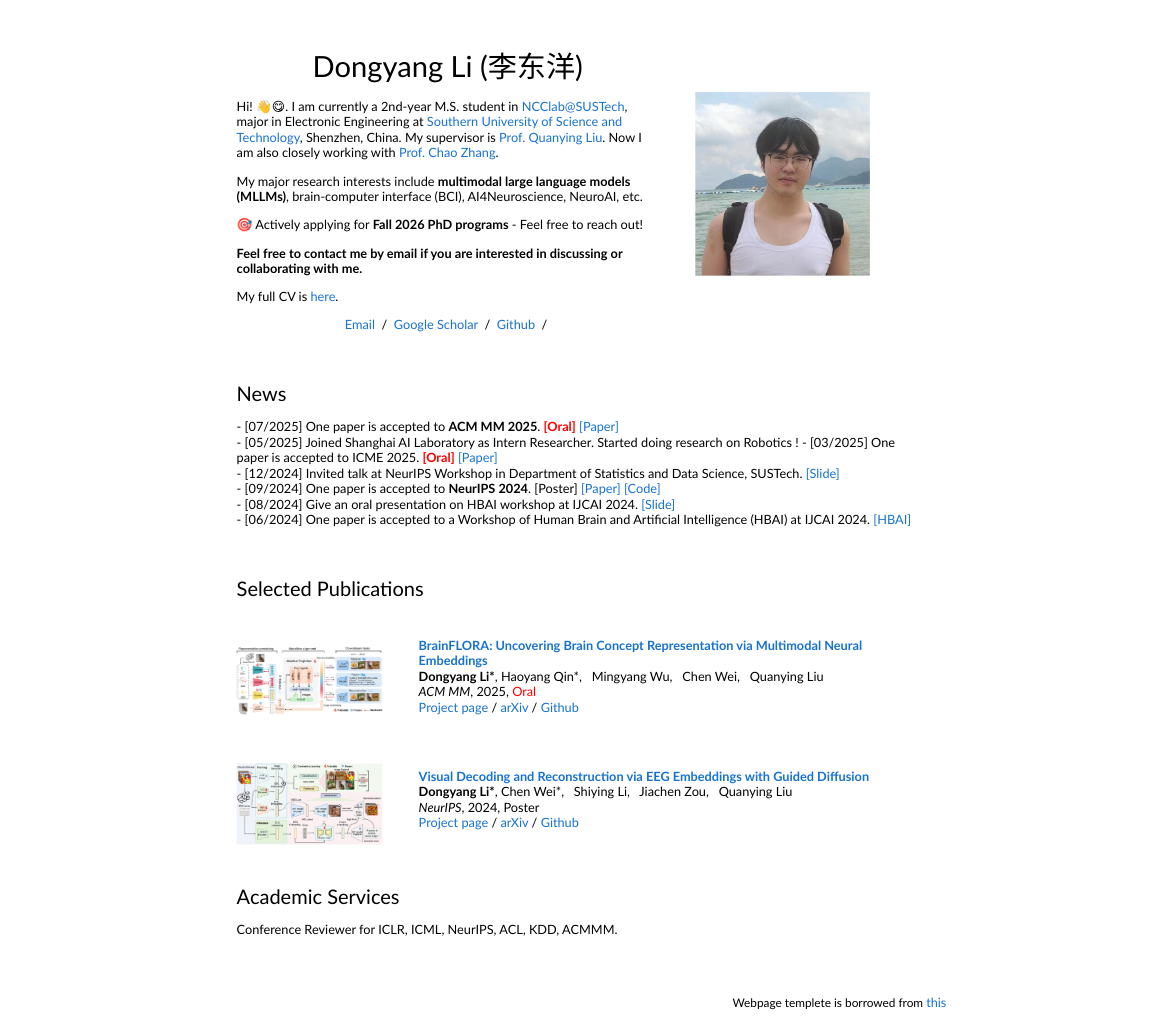
Repository: dongyangli-del/dongyangli-del.github.io
Page: index.html
These files come from the project's save history. The page is drawn as it stood at one moment and after the next save; the edit follows.
The browser window is 1280 px wide. The pictures show the whole page, at 91% of full size.

Above is the page before, as saved 2025-07-12 21:35:27.

After the next save:
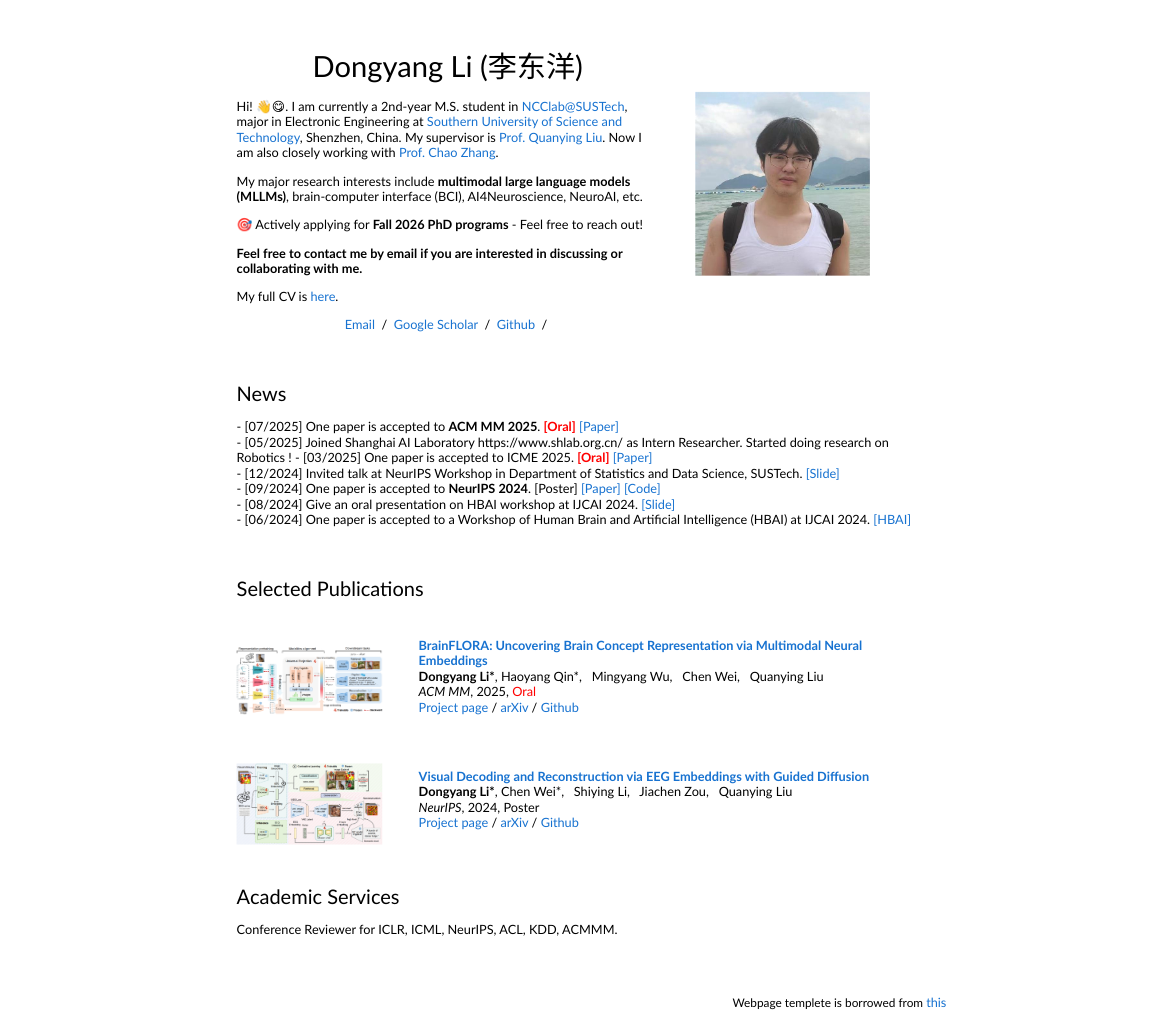
Saved 15 s later.
--- a/index.html
+++ b/index.html
@@ -78,7 +78,7 @@
               <p>
                 - [07/2025] One paper is accepted to <strong>ACM MM 2025</strong>. <span style="color: red; font-weight: bold;">[Oral]</span> <a href="https://arxiv.org/pdf/2410.23754">[Paper]</a><br>
 
-                - [05/2025] Joined Shanghai AI Laboratory as Intern Researcher. Started doing research on Robotics !
+                - [05/2025] Joined Shanghai AI Laboratory https://www.shlab.org.cn/ as Intern Researcher. Started doing research on Robotics !
 
                 - [03/2025] One paper is accepted to ICME 2025. <span style="color: red; font-weight: bold;">[Oral]</span> <a href="https://arxiv.org/pdf/2410.23754">[Paper]</a><br>
 
